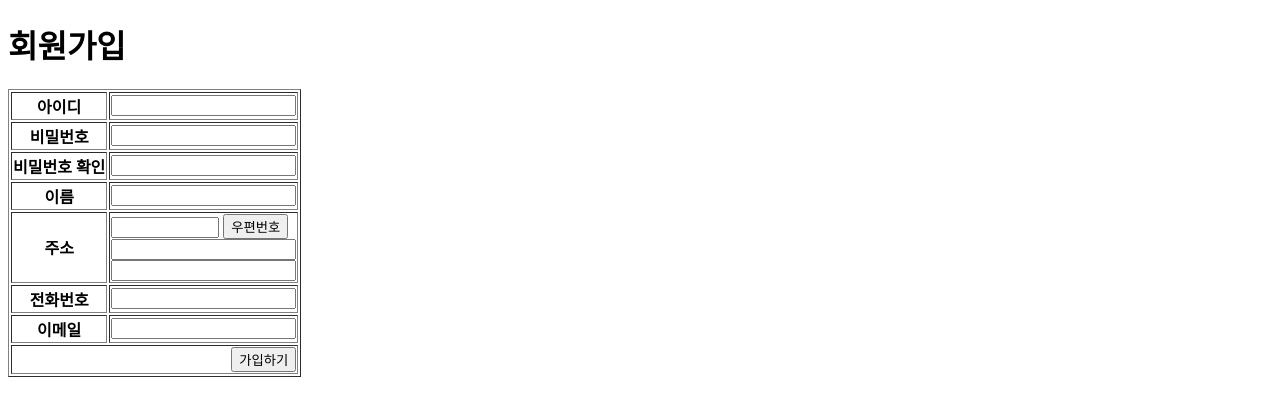
Repository: dhdhdht/Semi-login
Page: http://localhost/Semi_login/regist.jsp
These files come from the project's save history. The page is drawn as it stood at one moment and after the next save; the edit follows.
The browser window is 1280 px wide. The pictures show the whole page.
The page is served by Tomcat 9.

Above is the page before, as saved 2021-03-27 18:45:01.

After the next save:
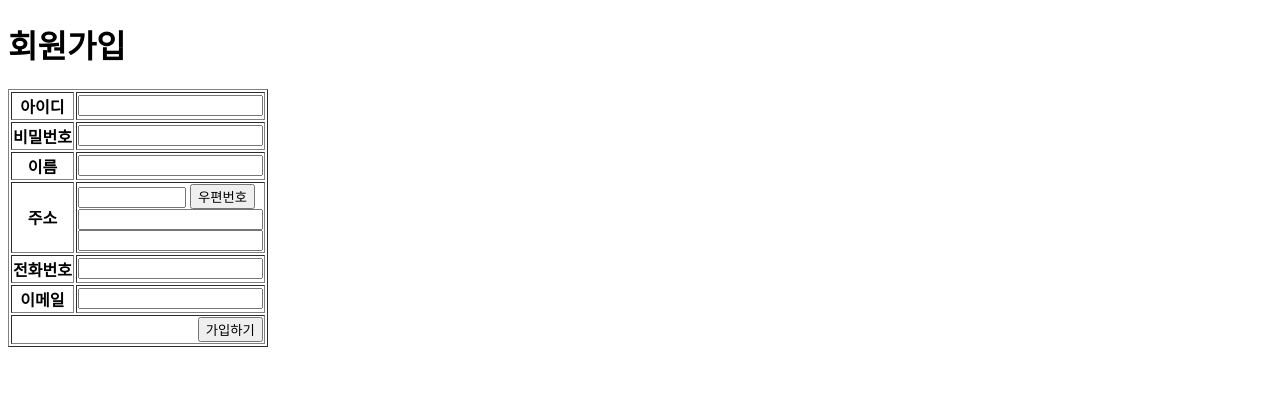
Saved 114 s later.
--- a/Semi_login/WebContent/regist.jsp
+++ b/Semi_login/WebContent/regist.jsp
@@ -65,12 +65,6 @@
 				</td>
 			</tr>
 			<tr>
-				<th>비밀번호 확인</th>
-				<td>
-					<input type="password" name="" />
-				</td>
-			</tr>
-			<tr>
 				<th>이름</th>
 				<td>
 					<input type="text" name="member_name" required="required" onclick="idChkProc();" />
